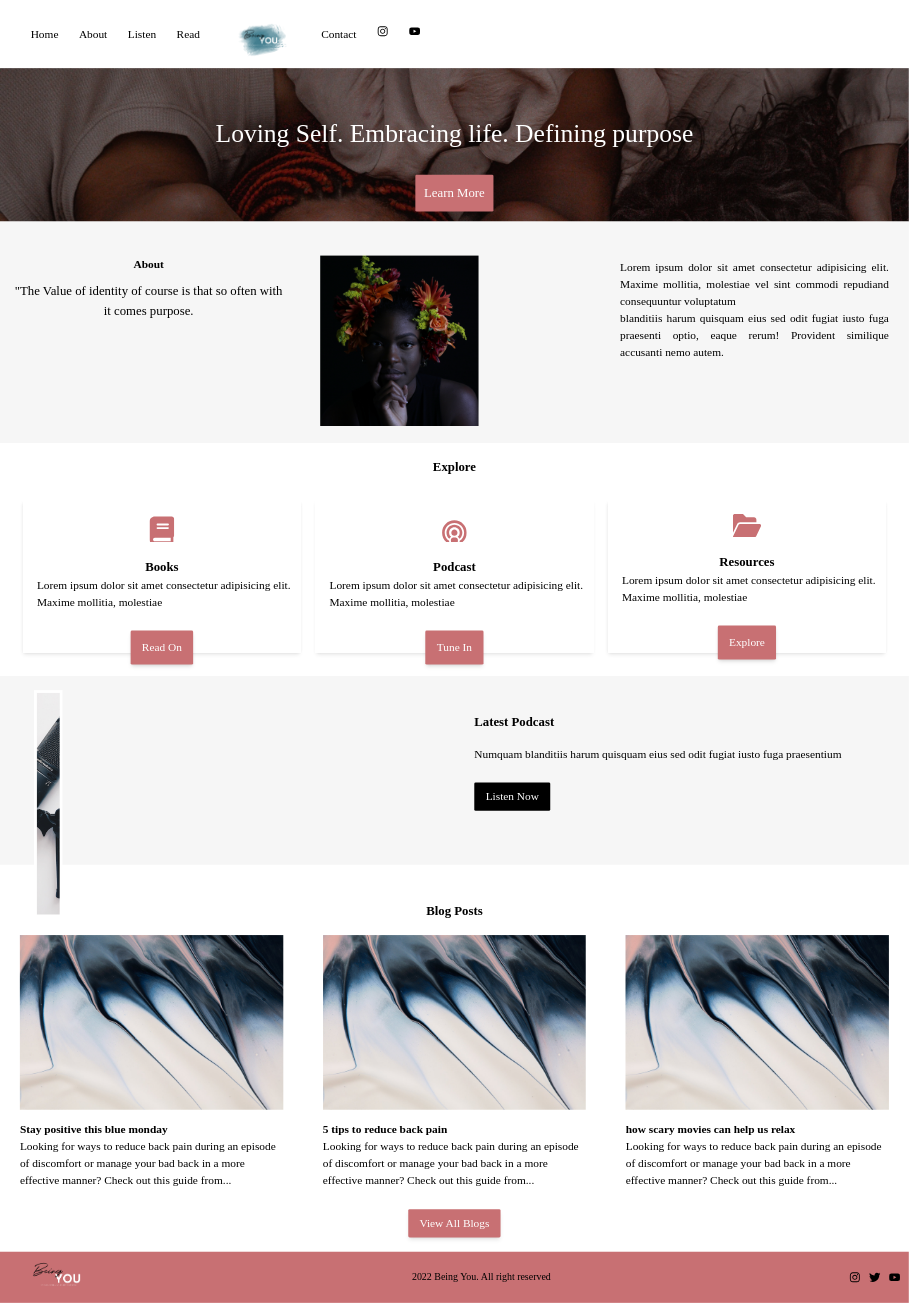
Repository: BrightonMboya/being-you
Page: /
These files come from the project's save history. The page is drawn as it stood at one moment and after the next save; the edit follows.
The browser window is 1280 px wide. The pictures show the whole page, at 71% of full size.
The project was rebuilt for these pictures with package versions that can differ from the ones it lists, and the page was loaded fresh each time.

Above is the page before, as saved 2022-05-29 11:40:27.

After the next save:
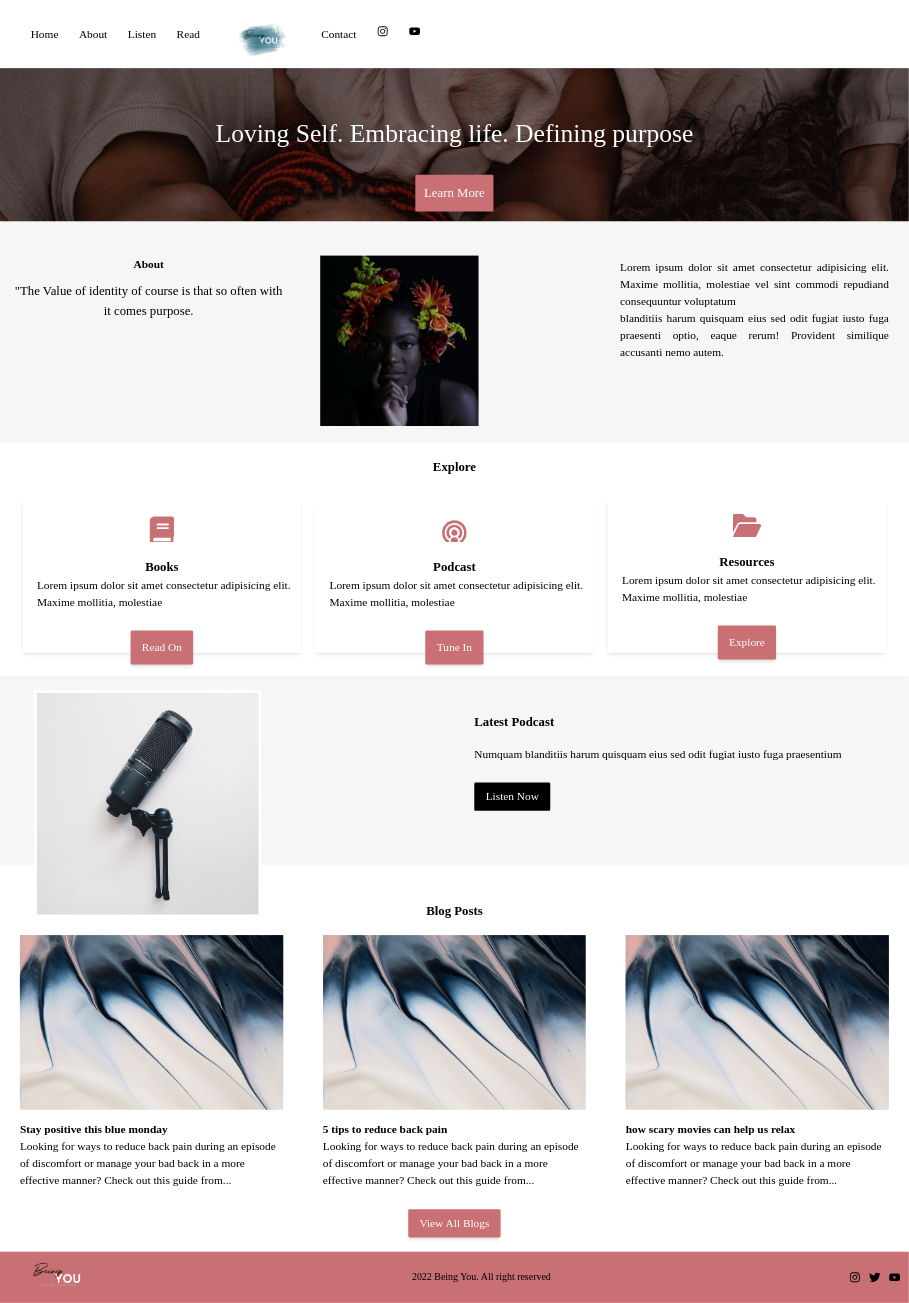
Saved 4 s later.
--- a/src/Components/Podcast/Podcast.jsx
+++ b/src/Components/Podcast/Podcast.jsx
@@ -8,7 +8,7 @@ const Podcast = () => {
         <img
           src={mic}
           alt=""
-          className="h-full w-10 object-cover  mt-5 border-4 border-white md:h-80 mt-12 ml-12"
+          className="h-full w-15 object-cover  mt-5 border-4 border-white md:h-80 mt-12 ml-12"
         />
         <div className="mt-[7vh] ml-7">
           <h3 className="font-semibold md:text-lg">Latest Podcast</h3>
